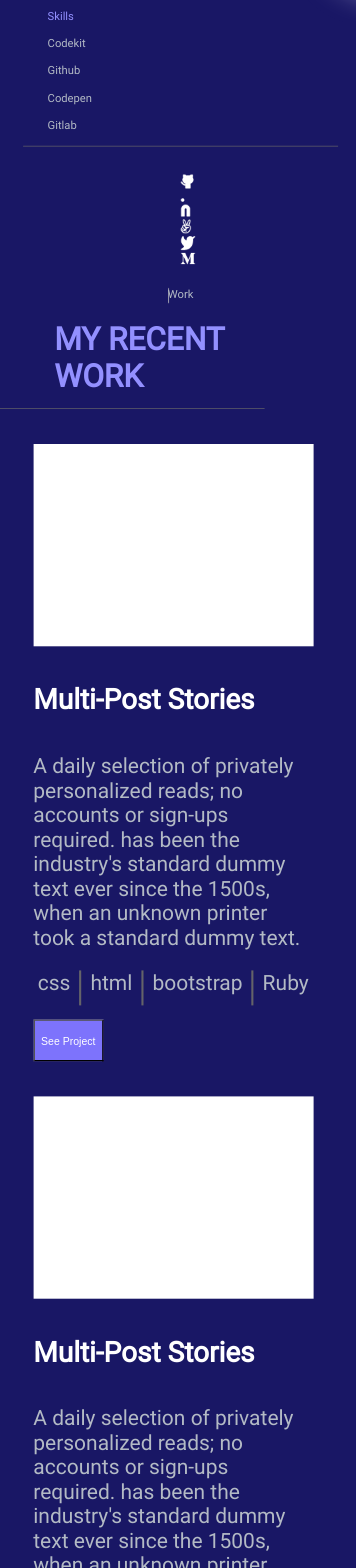
Repository: mustabbas/Portfolio
Page: index.html
These files come from the project's save history. The page is drawn as it stood at one moment and after the next save; the edit follows.
The browser window is 375 px wide. The page is 508 px wide, so the pictures cover 508 px, including what lies to the right of the window. The pictures show the part of the page from y = 775 to 3015 px (the page is 6166 px tall before and 6091 px after), at 70% of full size.

Above is the page before, as saved 2021-08-17 18:08:13.

### index.html
<!DOCTYPE html>
<html lang="en">
<head>
    <meta charset="UTF-8">
    <meta name="viewport" content="width=device-width, initial-scale=1.0">
    <meta http-equiv="X-UA-Compatible" content="ie=edge">
    <link rel="stylesheet" href="style.css"/>
    <title>Mustafa Portfolio</title>
</head>
<body>
    <section class="container">
        <header class="header">
            <a href="#"><h2>Mustafa Abbas</h2></a>
            <nav class="humberger">
            <img  src="./assets/img/humberger.png" alt="humberger"/>
            <img  src="./assets/img/humberger.png" alt="humberger"/>
            <img  src="./assets/img/humberger.png" alt="humberger"/>
            </nav>
            <ul class="main-nav">
                <li><a href="#">Portoflio</a></li>
                <li><a href="#">About</a></li>
                <li><a href="#">Contact</a></li>
                <li ><a href="#"><img class="email-pic" src="./assets/img/Icon-Mail.png" alt="email"/></a></li >
            </ul>
        </header>
        <div class="head-wraper">
            <div class="title-wraper">
                <h1>Mustafa Abbas</h1>
                <h2>Software Developer</h2>
            </div>
        </div>
        <div class="box"><p>I can help you build a product , feature or website Look through some of my work and experience! If you like what you see and have a project you need coded,  don’t hestiate to contact me.</p></div>
        <div class="line"></div>
        <div class="skills">
        <ul>
            <li>Language</li>
            <li>Javascript</li>
            <li>Ruby</li>
            <li>Html</li>
            <li>Css</li>
        </ul>
        <ul>
            <li>Frameworks</li>
            <li>Ruby on Rails</li>
            <li>Bootstrap</li>
            <li>RSPec</li>
            <li>CapyBara</li>
        </ul>
        <ul>
            <li>Skills</li>
            <li>Codekit</li>
            <li>Github</li>
            <li>Codepen</li>
            <li>Gitlab</li>
        </ul>
      </div>
      <div class="line"></div>
      <div class="footer-nav">
        <div class="work-container upper">
        <span>Work</span>
        <div class="arrow-container">
        <img src="./assets/img/Vector-line-arrow.png" alt="Vector-line-arrow"/>
        <img src="./assets/img/Vector-arrow.png" alt="Vector-arrow"/>
         </div>
        </div>
        <div class="vector-container">
            <ul>
                <li><img src="./assets/img/Vector-github.png" alt="Vector-github"/></li>
                <li>
                    <div class="linked-container">
                        <div>
                            <img src="./assets/img/Vector-dot-linkedin.png" alt="Vector-dot-linkedin"/>
                            <img src="./assets/img/Vector-line-linkedin.png" alt="Vector-line-linkedin"/>
                      </div>
                            <img id="vector2" src="./assets/img/Vector-n-linkedin.png" alt="Vector-n-linkedin"/>
                     </div>
                </li>
                <li> <img src="./assets/img/Vector.png" alt="Vector"/></li>
                <li><img src="./assets/img/Vector-twitter.png" alt="Vector-twitter"/></li>
                <li> <img src="./assets/img/Vector-M.png" alt="Vector-M"/></li>
            </ul>

         </div>
         <div class="work-container">
        <div class="arrow-container">
        <img src="./assets/img/Vector-line-arrow.png" alt="Vector-line-arrow"/>
        <img src="./assets/img/Vector-arrow.png" alt="Vector-arrow"/>
        </div>
        <span>Work</span>
        </div>
    </div>
    </section>

    <section class="recent-work">
    <h3>My recent work</h3>
    <div class="line"></div>
    <div class="card">
       <img src="./assets/img/Placeholder.png" alt="Placeholder"/>
       <div class="card-body">
           <h4>Multi-Post Stories</h4>
           <p>A daily selection of privately personalized reads; no accounts or sign-ups required. has been the industry's standard dummy text ever since the 1500s, when an unknown printer took a standard dummy text.</p>
            <ul>
                <li>css</li>
                <li class="vertical-line"></li>
                <li>html</li>
                <li class="vertical-line"></li>
                <li>bootstrap</li>
                <li class="vertical-line"></li>
                <li>Ruby</li>
            </ul>
            <button class="button">See Project</button>
       </div>
    </div>
    <div class="card">
        <img src="./assets/img/Placeholder.png" alt="Placeholder"/>
        <div class="card-body">
            <h4>Multi-Post Stories</h4>
            <p>A daily selection of privately personalized reads; no accounts or sign-ups required. has been the industry's standard dummy text ever since the 1500s, when an unknown printer took a standard dummy text.</p>
             <ul>
                 <li>css</li>
                 <li class="vertical-line"></li>
                 <li>html</li>
                 <li class="vertical-line"></li>
                 <li>bootstrap</li>
                 <li class="vertical-line"></li>
                 <li>Ruby</li>
             </ul>
             <button class="button">See Project</button>
        </div>
     </div>
     <div class="card">
        <img src="./assets/img/Placeholder.png" alt="Placeholder"/>
        <div class="card-body">
            <h4>Multi-Post Stories</h4>
            <p>A daily selection of privately personalized reads; no accounts or sign-ups required. has been the industry's standard dummy text ever since the 1500s, when an unknown printer took a standard dummy text.</p>
             <ul>
                 <li>css</li>
                 <li class="vertical-line"></li>
                 <li>html</li>
                 <li class="vertical-line"></li>
                 <li>bootstrap</li>
                 <li class="vertical-line"></li>
                 <li>Ruby</li>
             </ul>
             <button class="button">See Project</button>
        </div>
     </div>
     <div class="card">
        <img src="./assets/img/Placeholder.png" alt="Placeholder"/>
        <div class="card-body">
            <h4>Multi-Post Stories</h4>
            <p>A daily selection of privately personalized reads; no accounts or sign-ups required. has been the industry's standard dummy text ever since the 1500s, when an unknown printer took a standard dummy text.</p>
             <ul>
                 <li>css</li>
                 <li class="vertical-line"></li>
                 <li>html</li>
                 <li class="vertical-line"></li>
                 <li>bootstrap</li>
                 <li class="vertical-line"></li>
                 <li>Ruby</li>
             </ul>
             <button class="button">See Project</button>
        </div>
     </div>
    </section>

    <section class="card-container">
        <div class="card">
        <div class="card-body">
        <h3>CONTACT US</h3>
        <p>If you have an application you are interested in developing, a feature that you need built or a project that needs coding. I’d love to help with it </p>
        <form>
        <input type="text" placeholder="Text Input" maxlength="30" required/>
        <input type="email" placeholder="jeremy@gmail.com" required/>
        <textarea rows="15" cols="48" placeholder="Enter text here" maxlength="500" required></textarea>
        <button class="button btn">See Project</button>
        </form>
        </div>
        <div class="footer-nav">
            <div class="work-container upper">
            <span>Work</span>
            <div class="arrow-container">
            <img src="./assets/img/Vector-line-arrow.png" alt="Vector-line-arrow"/>
            <img src="./assets/img/Vector-arrow.png" alt="Vector-arrow"/>
             </div>
            </div>
            <div class="vector-container">
                <ul>
                    <li><img src="./assets/img/Vector-github.png" alt="Vector-github"/></li>
                    <li>
                        <div class="linked-container">
                            <div>
                                <img src="./assets/img/Vector-dot-linkedin.png" alt="Vector-dot-linkedin"/>
                                <img src="./assets/img/Vector-line-linkedin.png" alt="Vector-line-linkedin"/>
                          </div>
                                <img src="./assets/img/Vector-n-linkedin.png" alt="Vector-n-linkedin"/>
                         </div>
                    </li>
                    <li> <img src="./assets/img/Vector.png" alt="Vector"/></li>
                    <li><img src="./assets/img/Vector-twitter.png" alt="Vector-twitter"/></li>
                    <li> <img src="./assets/img/Vector-M.png" alt="Vector-M"/></li>
                </ul>

             </div>
            <span>emailhere@email.com</span>
        </div>
    </div>
    </section>


</body>
</html>

### style.css
@font-face {
  font-family: 'roboto';
  src: url(assets/font/Roboto/Roboto-Regular.ttf);
}

body {
  background-color: #191765;
  font-family: 'roboto', sans-serif;
}

ul {
  margin: 0;
  padding: 0;
  list-style: none;
}

h1 {
  color: #9390ff;
}

p,
h2,
td,
li,
a,
span {
  color: #b3bac5;
}

.header {
  display: flex;
  justify-content: space-around;
  align-items: center;
}

.header a {
  text-decoration: none;
}

.main-nav {
  display: flex;
}

.main-nav a {
  display: block;
  padding: 1em;
  text-decoration: none;
}

.head-wraper {
  display: flex;
  justify-content: center;
  align-items: center;
  background-image: url("./assets/img/circle1header.svg");
  background-repeat: no-repeat;
  background-position: -160px -50px;
}

.title-wraper {
  flex-direction: column;
  justify-content: center;
}

.title-wraper h1 {
  font-size: 3rem;
}

.title-wraper h2 {
  font-size: 2rem;
  margin-top: 0;
}

.container {
  display: flex;
  flex-direction: column;
  justify-content: center;
  align-items: center;
  width: 500px;
}

.box {
  min-width: 450px;
  width: 33.333%;
  margin: 50px;
}

.box p {
  font-size: 20px;
  font-weight: 300;
  text-align: center;
  color: #b3bac5;
}

.line {
  min-width: 450px;
  width: 33.333%;
  border-bottom: 1px solid #646369;
}

.skills {
  display: flex;
  justify-content: space-between;
  flex-wrap: wrap;
  width: 500px;
  background-image: url("./assets/img/circle1header.svg");
  background-repeat: no-repeat;
  background-position: 400px 10px;
}

.skills ul {
  width: 40%;
  margin-top: 20px;
  margin-left: 40px;
}

.skills li {
  margin: 20px;
}

.skills ul li:first-child {
  color: #9390ff;
}

.email-pic {
  color: #b3bac5;
}

 .footer-nav {
  display: flex;
  justify-content: space-around;
  align-items: center;
  margin-top: 40px;
}
/*
.work-container .work-container2 {
  display: flex;
  justify-content: space-around;
}

.vector-container ul {
  display: flex;
  justify-content: center;
  align-items: center;
}

.vector-container img {
  margin-left: 10px;
}

.arrow-container {
  display: flex;
  flex-direction: column;
  align-items: flex-start;
  margin-right: 10px;
}

.arrow-container img:first-child {
  margin-left: 9px;
}

.arrow-container img:last-child {
  margin-top: -8px;
}

.linked-container {
  display: flex;
}

.linked-container div {
  display: flex;
  flex-direction: column;
}

#vector2 {
  margin-left: auto;
} */

h3 {
  font-size: 45px;
  color: #9390ff;
  margin: 20px;
  text-transform: uppercase;
  margin-left: 150px;
}

.recent-work {
  display: grid;
  grid-template-columns: auto;
  grid-template-rows: auto;
  justify-content: center;
}

.card-container {
  display: grid;
  grid-template-columns: auto;
  grid-template-rows: auto;
  justify-content: center;
}

.card {
  display: flex;
  flex-direction: column;
  width: 400px;
  margin-left: 120px;
  margin-top: 50px;
}

.card-body h4 {
  font-size: 40px;
  color: #fff;
}

.card-body p {
  font-size: 30px;
  text-align: left;
}

.card-body h3 {
  font-size: 45px;
  color: #9390ff;
  margin: 20px;
  text-transform: uppercase;
}

.card-body ul {
  display: flex;
  justify-content: space-around;
  font-size: 30px;
  text-align: left;
}

.vertical-line {
  height: 50px;
  border-right: 3px solid #646369;
}

.button {
  background-color: #7d73fc;
  width: 100px;
  height: 60px;
  color: #fff;
  font-size: 15px;
  margin-top: 20px;
}

.button:hover {
  box-shadow: 0 8px 16px rgba(125, 115, 252, 0.48);
}

input {
  width: 100%;
  height: 60px;
  padding: 12px 20px;
  margin: 8px 0;
  display: inline-block;
  border: 1px solid #ccc;
  border-radius: 4px;
  box-sizing: border-box;
  margin-bottom: 30px;
}

textarea::placeholder {
  font-size: 20px;
  padding: 20px;
}

.btn {
  margin-left: 150px;
  margin-top: 30px;
}

@media only screen and (max-width: 500px) {
  .header {
    width: 500px;
    justify-content: space-around;
  }

  .header ul {
    display: none;
  }

  .main-nav {
    flex-direction: column;
  }

  .head-wraper {
    width: 500px;
  }

  .head-wraper img {
    margin-left: -200px;
  }

  .right {
    margin-right: -100px;
  }

  .container img {
    margin-right: -500px;
  }

  .humberger {
    display: flex;
    flex-direction: column;
    justify-content: space-between;
  }

  .humberger img {
    width: 33.33px;
    height: 3px;
    margin: 5px;
    background-color: #b3bac5;
  }

  .footer-nav {
    /* width: 500px; */
    flex-direction: column;
  }

  .upper {
    display: none !important;
  }

  .work-container {
    display: flex;
    margin-top: 30px;
  }
}

After the next save:
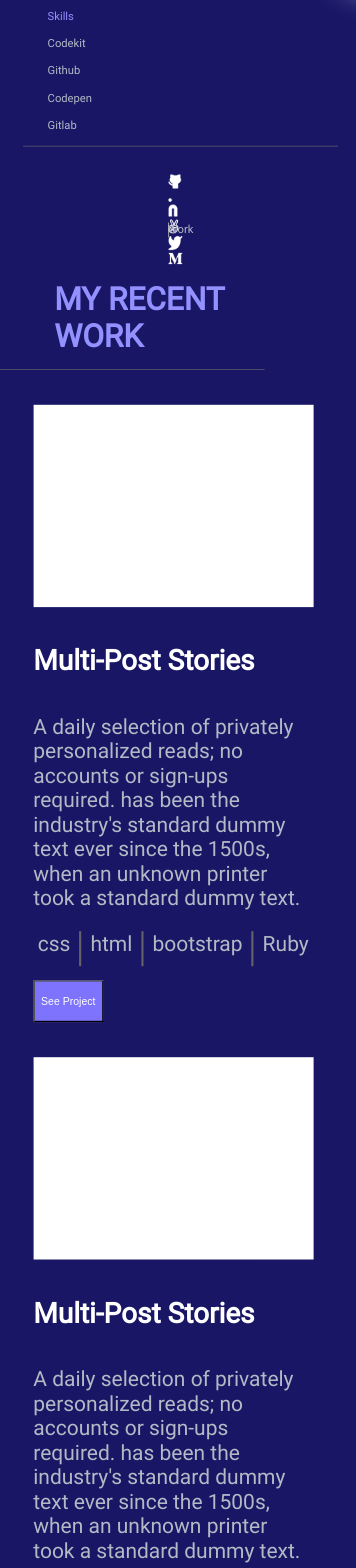
Saved 38 s later.
--- a/style.css
+++ b/style.css
@@ -312,10 +312,6 @@ textarea::placeholder {
     background-color: #b3bac5;
   }
 
-  .footer-nav {
-    /* width: 500px; */
-    flex-direction: column;
-  }
 
   .upper {
     display: none !important;
